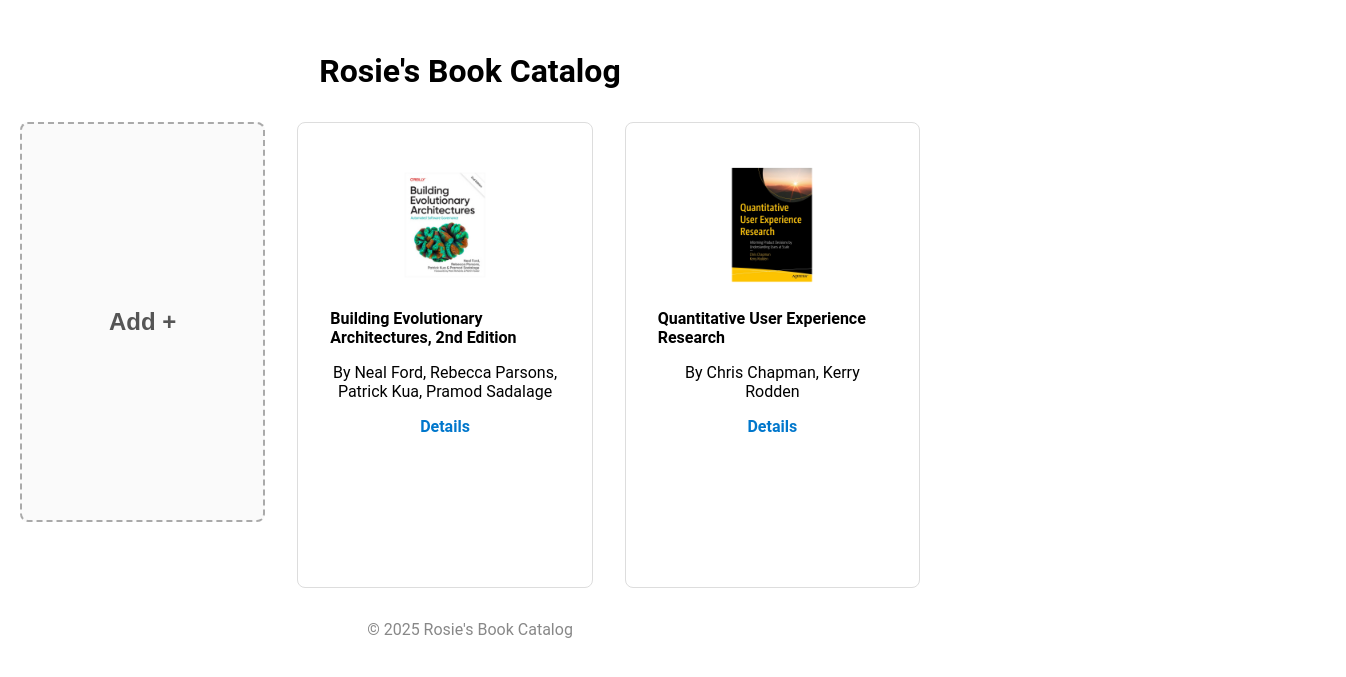
Repository: rosielee09/book-catalog
Page: /
An editor plug-in stored every save of this project. The page is shown before and after the next save, followed by the edit.
The browser window is 1280 px wide. The page is 1280 px wide, then 1346 px, then 1280 px, so the pictures cover 1346 px, including what lies to the right of the window. The pictures show the whole page.
The project was rebuilt for these pictures with package versions that can differ from the ones it lists, and the page was loaded fresh each time. Also part of the build but not shown: vite.config.js.

Above is the page before, as saved 2025-09-12 20:17:52.

### index.html
<!DOCTYPE html>
<html lang="en">
	<head>
		<meta charset="UTF-8" />
		<link rel="icon" type="image/svg+xml" href="/vite.svg" />
		<meta
			name="viewport"
			content="width=device-width, initial-scale=1.0"
		/>
		<title>Rosie's bookstore</title>
	</head>
	<body>
		<div id="root"></div>
		<script type="module" src="/src/main.jsx"></script>
	</body>
</html>

### src/index.css
body {
	height: 100vh;
	margin: 0;
	font-family: roboto;
	background-color: #ffffff00;
	color: black;
	display: flex;
	flex-direction: column;
}

.app {
	width: 100%;
	max-width: 900px;
	text-align: center;
	padding: 20px;
}

.app-header {
	margin: 2rem;
	/* background-color: cornflowerblue; */
}

.content {
	display: flex;
	text-align: center;
	gap: 2rem;
	margin-bottom: 2rem;
}

.book-card {
	width: 300px;
	height: 400px;
	border: 1px solid #ddd;
	border-radius: 8px;
	padding: 2rem;
	background-color: #fff;

	/* justify-content: space-between; */
}

.book-image {
	width: 100px;
	height: 140px;
	object-fit: cover;
	border-radius: 4px;
}

.book-title {
	font-size: 1rem;
	margin: 10px 0 5px;
	text-align: left;
}

.book-link {
	margin-top: auto;
	color: #0077cc;
	text-decoration: none;
	font-weight: bold;
}

.book-link:hover {
	text-decoration: underline;
}

.add-button {
	width: 300px;
	height: 400px;
	border: 2px dashed #aaa;
	border-radius: 8px;
	font-size: 24px;
	font-weight: bold;
	color: #555;
	background-color: #fafafa;
	cursor: pointer;
	transition: background 0.3s ease;
	padding: 2rem;
}

.add-button:hover {
	background-color: #f0f0f0;
}

/* Footer */
.app-footer {
	font-size: 1rem;
	color: #888;
	margin-top: 20px;
}

### src/App.jsx
import Book from "./Book.jsx";
import architectureImage from "./assets/building-evolutionary-architectures.png";
import uxImage from "./assets/quantative-user-research.png";

function App() {
	return (
		<div className='app'>
			<header className='app-header'>
				<h1>Rosie's Book Catalog</h1>
			</header>
			<main className='content'>
				<button className='add-button'>Add +</button>
				<Book
					image={architectureImage}
					title='Building Evolutionary Architectures, 2nd Edition'
					author='Neal Ford, Rebecca Parsons, Patrick Kua, Pramod Sadalage'
					link='https://itbook.store/books/9781492097549'
				/>
				<Book
					image={uxImage}
					title='Quantitative User Experience Research'
					author='Chris Chapman, Kerry Rodden'
					link='https://itbook.store/books/9781484292679'
				/>
			</main>

			<footer className='app-footer'>
				<p>© 2025 Rosie's Book Catalog</p>
			</footer>
		</div>
	);
}

export default App;

### src/Book.jsx
export default function Book({ title, author, image, link }) {
	return (
		<div className='book-card'>
			<img src={image} alt={title} className='book-image' />
			<h3 className='book-title'>{title}</h3>
			<p className='book-author'>By {author}</p>
			<a href={link} target='_blank' className='book-link'>
				Details
			</a>
		</div>
	);
}

Loaded but not shown: src/main.jsx (common file)

After the next save:
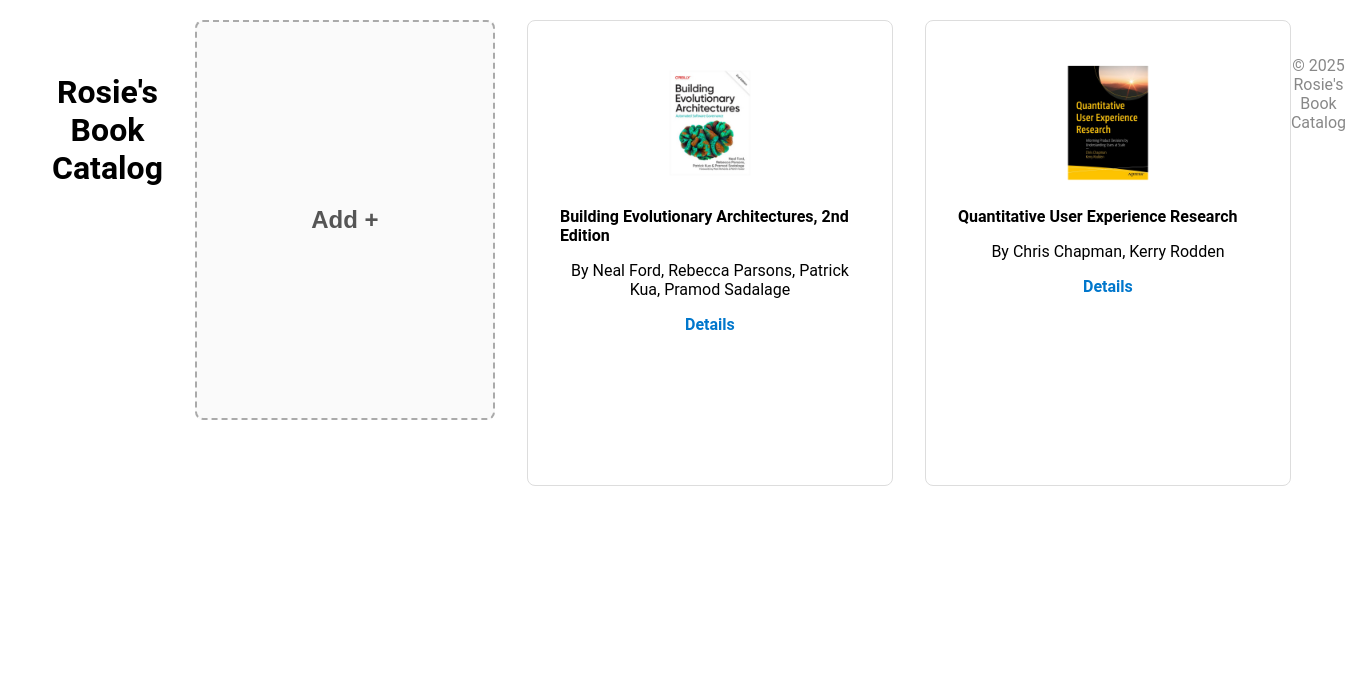
Saved 62 s later.
--- a/src/index.css
+++ b/src/index.css
@@ -9,6 +9,8 @@
 }
 
 .app {
+	flex: 1;
+	display: flex;
 	width: 100%;
 	max-width: 900px;
 	text-align: center;

After the save that followed:
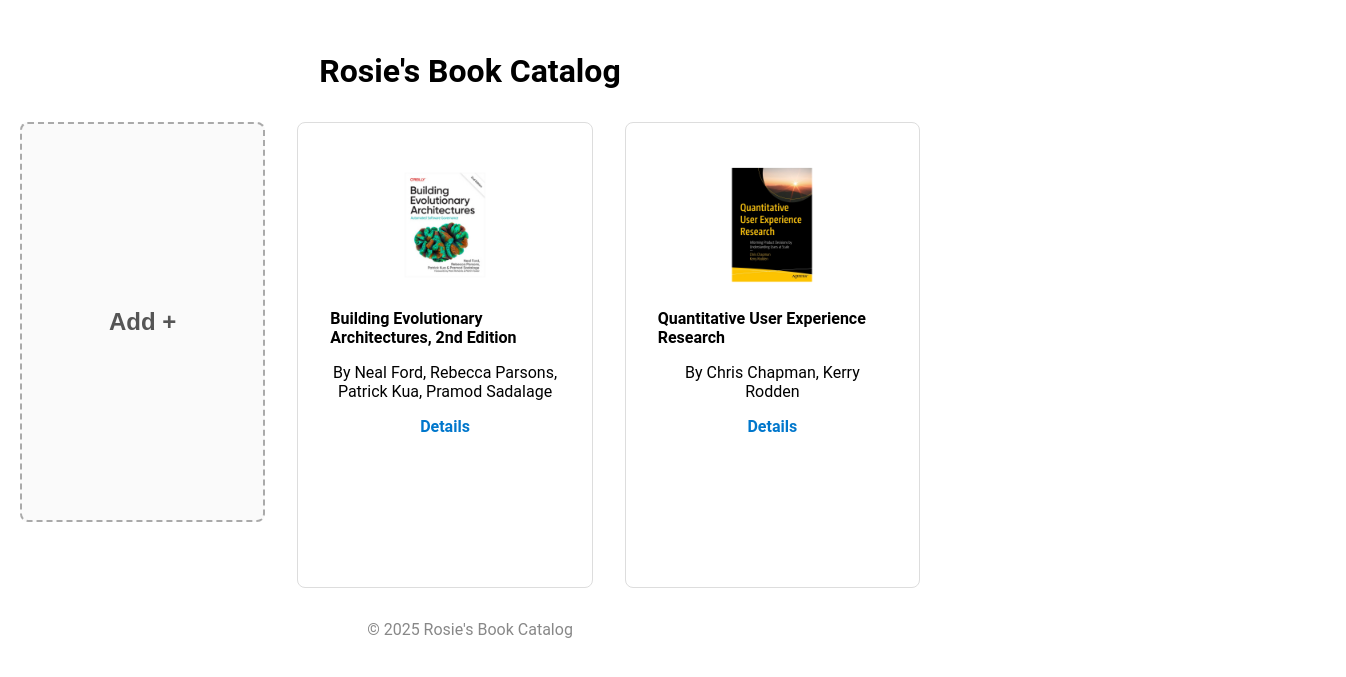
Saved 8 s later.
--- a/src/index.css
+++ b/src/index.css
@@ -10,7 +10,7 @@
 
 .app {
 	flex: 1;
-	display: flex;
+	/* display: flex; */
 	width: 100%;
 	max-width: 900px;
 	text-align: center;
